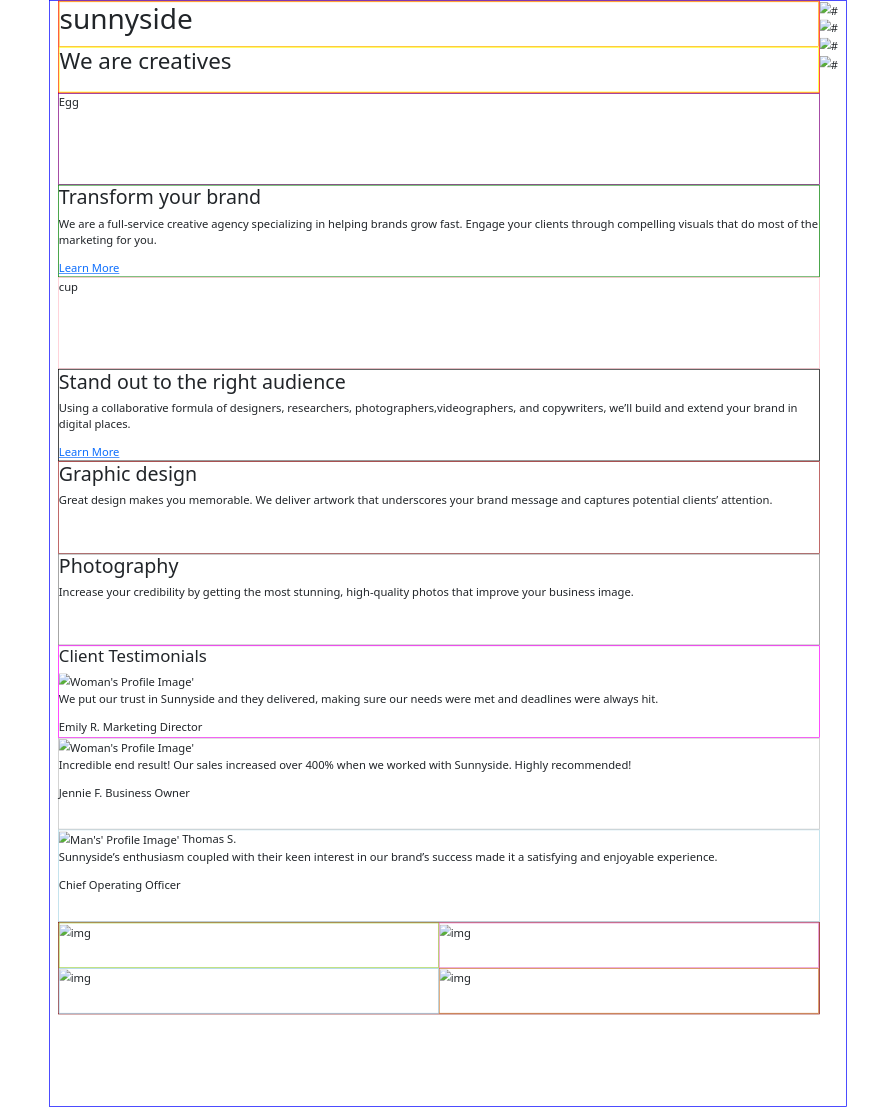
Repository: Roshanell/Sunny-Side-Agency
Page: index.html
The author's editor kept a copy of each file at every save. The page is drawn from the files as they stood at one save, then again after a run of saves.
The browser window is 1280 px wide. The pictures show the part of the page from y = 0 to 1920 px (the page is 1581 px tall before and 3194 px after), at 70% of full size.

Above is the page before, as saved 2022-07-01 13:30:23.

### index.html
<!doctype html>
<html lang="en">

  <head>
    <meta charset="utf-8">
    <meta name="viewport" content="width=device-width, initial-scale=1">
    <title>Sunny Side Agency</title>
    <link href="https://cdn.jsdelivr.net/npm/bootstrap@5.2.0-beta1/dist/css/bootstrap.min.css" rel="stylesheet"
      integrity="sha384-0evHe/X+R7YkIZDRvuzKMRqM+OrBnVFBL6DOitfPri4tjfHxaWutUpFmBp4vmVor" crossorigin="anonymous">
    <link href="https://fonts.googleapis.com/icon?family=Material+Icons" rel="stylesheet">
    <link rel="stylesheet" href="css/style.css">
  </head>

  <body>
    <div class="container">
      <div class="homePage">
        <div class="header">
          <h1>sunnyside</h1>

        </div>
        <div class="homeContent">
          <h2>We are creatives</h2>
        </div>
      </div>

      <div class="eggArea">
        <p>Egg</p>
      </div>

      <div class="aboutUsInfo">
        <h3>
          Transform your brand
        </h3>
        <p>We are a full-service creative agency specializing in helping brands grow fast. Engage your clients through
          compelling visuals that do most of the marketing for you. </p>
        <span><a href="#">Learn More</a></span>
      </div>

      <div class="cupImage">
        <p>cup</p>
      </div>

      <div class="standOutInfo">
        <h3>Stand out to the right audience</h3>
        <p> Using a collaborative formula of designers, researchers,
          photographers,videographers, and copywriters, we’ll build and extend your brand in digital places. </p>

        <span><a href="#">Learn More</a></span>
      </div>
      <div class="graphicDesign">
        <h3> Graphic design</h3>
        <p>
          Great design makes you memorable. We deliver artwork that underscores your brand message and captures
          potential clients’ attention.
          <!-- background img with words overlay -->
        </p>
      </div>
      <div class="orangeImage">
        <h3>Photography</h3>
        <p> Increase your credibility by getting the most stunning, high-quality photos that improve your business
          image. </p>
        <!-- background img with words overlay -->
      </div>
      <div class="testimonialOne">
        <h4>Client Testimonials</h4>
        <img src="#" alt="Woman's Profile Image'">
        <p>We put our trust in Sunnyside and they delivered, making sure our needs were met and deadlines were always
          hit.</p>
        <span>Emily R.</span>
        <span>Marketing Director</span>
      </div>
      <div class="testimonialThree">
        <img src="#" alt="Man's' Profile Image'">
        <span>Thomas S.</span>
        <p>Sunnyside’s enthusiasm coupled with their keen interest in our brand’s success made it a satisfying and
          enjoyable experience.</p>
        <span>Chief Operating Officer</span>
      </div>
      <div class="testimonialTwo">
        <img src="#" alt="Woman's Profile Image'">
        <p>Incredible end result! Our sales increased over 400% when we worked with Sunnyside. Highly recommended!</p>
        <span>Jennie F.</span>
        <span>Business Owner</span>
      </div>
      <div class="fourImgs">
        <div class="imgOne">
          <img src="#" alt="img">
        </div>
        <div class="imgTwo">
          <img src="#" alt="img">
        </div>
        <div class="imgThree">
          <img src="#" alt="img">
        </div>
        <div class="imgFour">
          <img src="#" alt="img">
        </div>
      </div>

      <div class="footer">
        <!-- <h1>sunnyside</h1>
        <span>About</span>
        <span>ser</span>
        <span>About</span> -->
      </div>
      <div class="logo">
        <div class="fbIcon">
          <img src="#" alt="#">
        </div>
        <div class="igIcon">
          <img src="#" alt="#">
        </div>
        <div class="twitterIcon">
          <img src="#" alt="#">
        </div>
        <div class="pinterest">
          <img src="#" alt="#">
        </div>
      </div>
    </div>




    <!-- Home
Profile
About
Contacts
  -->




    <script src="https://cdn.jsdelivr.net/npm/bootstrap@5.2.0-beta1/dist/js/bootstrap.bundle.min.js"
      integrity="sha384-pprn3073KE6tl6bjs2QrFaJGz5/SUsLqktiwsUTF55Jfv3qYSDhgCecCxMW52nD2" crossorigin="anonymous"
      type="text/javascript" src="js/main.js">


      </script>

  </body>

</html>

### css/style.css
/* Box Model Hack */
* {
  -moz-box-sizing: border-box;
}

/* Clear fix hack */
.clearfix:after {
  content: ".";
  display: block;
  clear: both;
  visibility: hidden;
  line-height: 0;
  height: 0;
}

.clear {
  clear: both;
}

/******************************************
/* BASE STYLES
/*******************************************/




body {
}

/******************************************
/* LAYOUT
/*******************************************/
.container {
  border: solid 1px blue;
  display: grid;
  grid-template-columns: 1fr;
  grid-template-rows: 1fr 1fr 1fr 1fr 1fr 1fr 1fr 1fr 1fr 1fr 1fr 1fr;
  gap: 0px 0px;
  grid-auto-flow: column dense;
  grid-template-areas:
    "homePage"
    "eggArea"
    "aboutUsInfo"
    "cupImage"
    "standOutInfo"
    "graphicDesign"
    "orangeImage"
    "testimonialOne"
    "testimonialTwo"
    "testimonialThree"
    "fourImgs"
    "footer";
}

.homePage {
  border: solid 1px red;
  display: grid;
  grid-template-columns: 1fr;
  grid-template-rows: 1fr 1fr;
  gap: 0px 0px;
  grid-auto-flow: row;
  grid-template-areas:
    "header"
    "homeContent";
  grid-area: homePage;
}

.header {
  border: solid 1px orange;
  grid-area: header;
}

.homeContent {
  border: solid 1px yellow;
  grid-area: homeContent;
}

.eggArea {
  border: solid 1px purple;
  grid-area: eggArea;
}

.aboutUsInfo {
  border: solid 1px green;
  grid-area: aboutUsInfo;
}

.cupImage {
  border: solid 1px pink;
  grid-area: cupImage;
}

.standOutInfo {
  border: solid 1px black;
  grid-area: standOutInfo;
}

.graphicDesign {
  border: solid 1px brown;
  grid-area: graphicDesign;
}

.orangeImage {
  border: solid 1px gray;
  grid-area: orangeImage;
}

.testimonialOne {
  border: solid 1px fuchsia;
  grid-area: testimonialOne;
}

.testimonialThree {
  border: solid 1px lightblue;
  grid-area: testimonialThree;
}

.testimonialTwo {
  border: solid 1px silver;
  grid-area: testimonialTwo;
}

.fourImgs {
  border: solid 1px maroon;
  display: grid;
  grid-template-columns: 1fr 1fr;
  grid-template-rows: 1fr 1fr;
  gap: 0px 0px;
  grid-template-areas:
    "imgOne imgThree"
    "imgTwo imgFour";
  grid-area: fourImgs;
}

.imgOne {
  border: solid 1px yellowgreen;
}
.imgTwo {
  border: solid 1px rgb(228, 122, 199);
}
.imgThree {
  border: solid 1px rgb(158, 207, 232);
}
.imgFour {
  border: solid 1px rgb(205, 122, 50);
}

/* Fix the footer


.footer {
  border: solid 1px blue;
  display: grid;
  grid-auto-flow: column dense;
  grid-template-columns: 1fr 1fr 1fr;
  grid-template-rows: 1fr 1fr 1fr;
  gap: 0px 0px;
  grid-template-areas:
    ". logoName ."
    "about services projects"
    ". logo .";
  grid-area: footer;
}
.logoName {
  grid-area: logoName;
}
.about {
  grid-area: about;
}
.services {
  display: grid;
  grid-template-columns: 1fr 1fr 1fr;
  grid-template-rows: 1fr 1fr 1fr;
  gap: 0px 0px;
  grid-area: services;
}
.projects {
  grid-area: projects;
}
.logo {
  display: grid;
  grid-template-columns: 1fr 1fr 1fr 1fr;
  grid-template-rows: 1fr;
  gap: 0px 0px;
  grid-template-areas: "fbIcon igIcon twitterIcon pinterest";
  grid-area: logo;
}

.fbIcon {
  border: solid 1px silver;
  grid-area: fbIcon;
}
.igIcon {
  border: solid 1px red;
  grid-area: fbIcon;
}
.twitterIcon {
  border: solid 1px midnightblue;
  grid-area: twitterIcon;
}
.pinterest {
  border: solid 1px plum;
  grid-area: pinterest;
}

/******************************************
/* ADDITIONAL STYLES
/*******************************************/

After the next 3 saves:
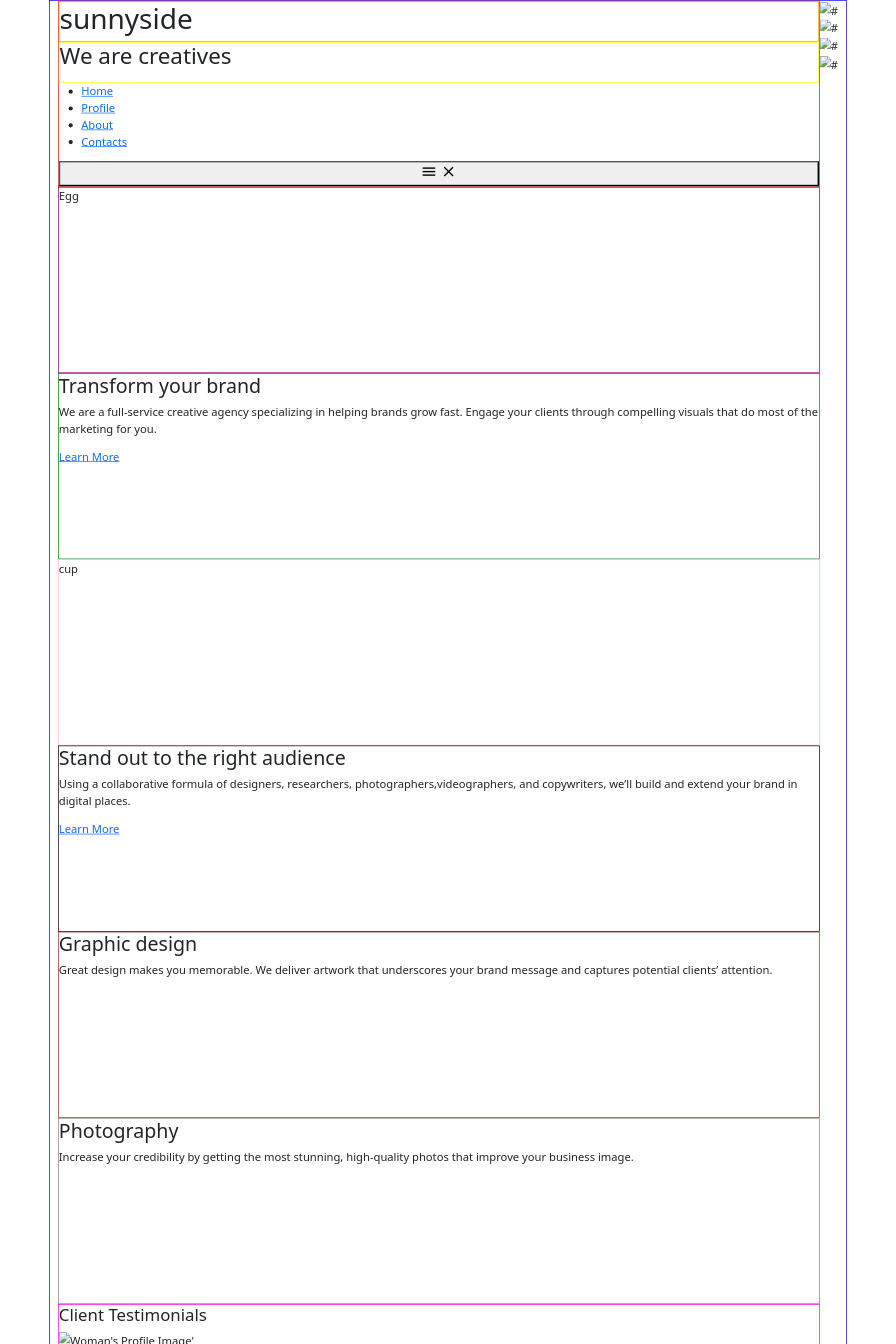
The 3 saves are shown as one change because they came seconds apart.
The last was saved 8 s later.
--- a/index.html
+++ b/index.html
@@ -16,8 +16,18 @@
       <div class="homePage">
         <div class="header">
           <h1>sunnyside</h1>
-
         </div>
+        <ul class="menu">
+          <li><a class="menuItem" href="#">Home</a></li>
+          <li><a class="menuItem" href="#">Profile</a></li>
+          <li><a class="menuItem" href="#">About</a></li>
+          <li><a class="menuItem" href="#">Contacts</a></li>
+        </ul>
+        <button class="hamburger">
+          <!-- material icons https://material.io/resources/icons/ -->
+          <i class="menuIcon material-icons">menu</i>
+          <i class="closeIcon material-icons">close</i>
+        </button>
         <div class="homeContent">
           <h2>We are creatives</h2>
         </div>
